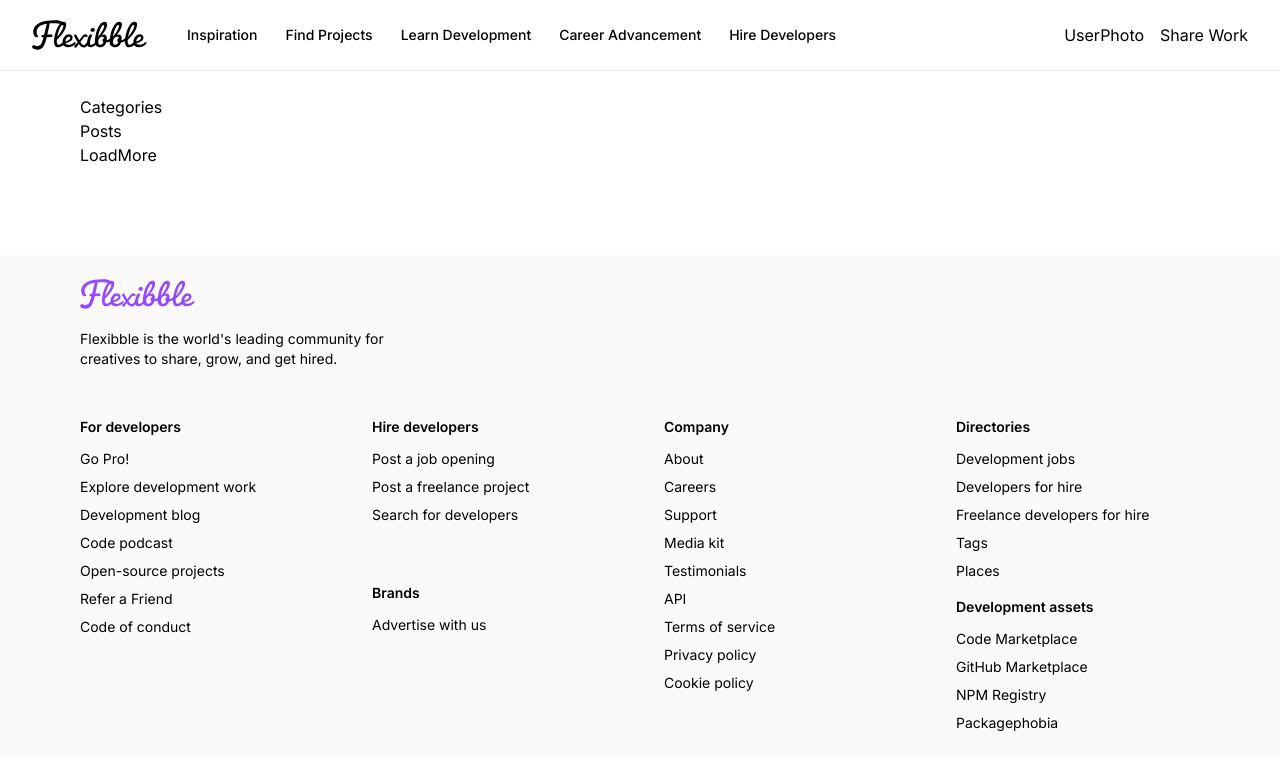
Repository: davedeguia/grafbase_flexibble
Page: /
These files come from the project's save history. The page is drawn as it stood at one moment and after the next save; the edit follows.
The browser window is 1280 px wide. The pictures show the whole page.
The project was rebuilt for these pictures with package versions that can differ from the ones it lists, and the page was loaded fresh each time. The framework's server and built-in components were replaced by stand-ins that run in the browser. Also part of the build but not shown: next.config.js, app/components/AuthProviders.tsx.

Above is the page before, as saved 2023-07-16 07:54:57.

### app/layout.tsx
import Footer from './components/Footer'
import Navbar from './components/Navbar'
import './globals.css'

export const metadata = {
  title: 'Flexibble',
  description: 'Showcase and discover remarkable developer projects',
}

export default function RootLayout({
  children,
}: {
  children: React.ReactNode
}) {
  return (
    <html lang='en'>
      <body>
        <Navbar />
        <main>{children}</main>
        <Footer />
      </body>
    </html>
  )
}

### app/page.tsx
const Home = () => {
  return (
    <section className='flex-start flex-col paddings mb-16'>
      <h1>Categories</h1>
      <h1>Posts</h1>
      <h1>LoadMore</h1>
    </section>
  )
}

export default Home

### app/components/Footer.tsx
import Image from 'next/image'
import React from 'react'
import { footerLinks } from '../constants'
import Link from 'next/link'

type ColumnProps = {
  title: string
  links: Array<string>
}

const FooterColumn = ({ title, links }: ColumnProps) => (
  <div className='footer_column'>
    <h4 className='font-semibold'>{title}</h4>
    <ul className='flex flex-col gap-2 font-normal'>
      {links.map((link) => (
        <Link href='/' key={link}>
          {link}
        </Link>
      ))}
    </ul>
  </div>
)

const Footer = () => {
  return (
    <footer className='flexStart footer'>
      <div className='flex flex-col gap-12 w-full'>
        <div className='flex items-start flex-col'>
          <Image
            src='/logo-purple.svg'
            width={115}
            height={38}
            alt='Flexible'
          />

          <p className='text-start text-sm font-normal mt-5 max-w-xs'>
            Flexibble is the world's leading community for creatives to share,
            grow, and get hired.
          </p>
        </div>
        <div className='flex flex-wrap gap-12'>
          <FooterColumn
            title={footerLinks[0].title}
            links={footerLinks[0].links}
          />

          <div className='flex-1 flex flex-col gap-4'>
            <FooterColumn
              title={footerLinks[1].title}
              links={footerLinks[1].links}
            />
            <FooterColumn
              title={footerLinks[2].title}
              links={footerLinks[2].links}
            />
          </div>
          <FooterColumn
            title={footerLinks[3].title}
            links={footerLinks[3].links}
          />
          <div className='flex-1 flex flex-col gap-4'>
            <FooterColumn
              title={footerLinks[4].title}
              links={footerLinks[4].links}
            />
            <FooterColumn
              title={footerLinks[5].title}
              links={footerLinks[5].links}
            />
          </div>
        </div>
      </div>
    </footer>
  )
}

export default Footer

### app/components/Navbar.tsx
import React from 'react'
import Link from 'next/link'
import Image from 'next/image'
import { NavLinks } from '../constants'
import AuthProviders from './AuthProviders'

const Navbar = () => {
  const session = {}
  return (
    <nav className='flexBetween navbar'>
      <div className='flex-1 flexStart gap-10'>
        <Link href='/'>
          <Image src='/logo.svg' width={115} height={43} alt='Flexible' />
        </Link>
        <ul className='xl:flex hidden text-small gap-7'>
          {NavLinks.map((link) => (
            <Link href={link.href} key={link.key}>
              {link.text}
            </Link>
          ))}
        </ul>
      </div>
      <div className='flexCenter gap-4'>
        {session ? (
          <>
            UserPhoto
            <Link href='/create-project'>Share Work</Link>
          </>
        ) : (
          <AuthProviders />
        )}
      </div>
    </nav>
  )
}

export default Navbar

### app/constants/index.tsx
export const NavLinks = [
  { href: '/', key: 'Inspiration', text: 'Inspiration' },
  { href: '/', key: 'Find Projects', text: 'Find Projects' },
  { href: '/', key: 'Learn Development', text: 'Learn Development' },
  { href: '/', key: 'Career Advancement', text: 'Career Advancement' },
  { href: '/', key: 'Hire Developers', text: 'Hire Developers' },
]

export const categoryFilters = [
  'Frontend',
  'Backend',
  'Full-Stack',
  'Mobile',
  'UI/UX',
  'Game Dev',
  'DevOps',
  'Data Science',
  'Machine Learning',
  'Cybersecurity',
  'Blockchain',
  'E-commerce',
  'Chatbots',
]

export const footerLinks = [
  {
    title: 'For developers',
    links: [
      'Go Pro!',
      'Explore development work',
      'Development blog',
      'Code podcast',
      'Open-source projects',
      'Refer a Friend',
      'Code of conduct',
    ],
  },
  {
    title: 'Hire developers',
    links: [
      'Post a job opening',
      'Post a freelance project',
      'Search for developers',
    ],
  },
  {
    title: 'Brands',
    links: ['Advertise with us'],
  },
  {
    title: 'Company',
    links: [
      'About',
      'Careers',
      'Support',
      'Media kit',
      'Testimonials',
      'API',
      'Terms of service',
      'Privacy policy',
      'Cookie policy',
    ],
  },
  {
    title: 'Directories',
    links: [
      'Development jobs',
      'Developers for hire',
      'Freelance developers for hire',
      'Tags',
      'Places',
    ],
  },
  {
    title: 'Development assets',
    links: [
      'Code Marketplace',
      'GitHub Marketplace',
      'NPM Registry',
      'Packagephobia',
    ],
  },
  {
    title: 'Development Resources',
    links: [
      'Freelancing',
      'Development Hiring',
      'Development Portfolio',
      'Development Education',
      'Creative Process',
      'Development Industry Trends',
    ],
  },
]

### tailwind.config.js
/** @type {import('tailwindcss').Config} */
module.exports = {
  content: [
    './pages/**/*.{js,ts,jsx,tsx,mdx}',
    './components/**/*.{js,ts,jsx,tsx,mdx}',
    './app/**/*.{js,ts,jsx,tsx,mdx}',
  ],
  theme: {
    extend: {
      colors: {
        'nav-border': '#EBEAEA',
        'light-white': '#FAFAFB',
        'light-white-100': '#F1F4F5',
        'light-white-200': '#d7d7d7',
        'light-white-300': '#F3F3F4',
        'light-white-400': '#E2E5F1',
        'light-white-500': '#E4E4E4',
        gray: '#4D4A4A',
        'gray-100': '#3d3d4e',
        'black-100': '#252525',
        'primary-purple': '#9747FF',
        'gray-50': '#D9D9D9',
      },
      boxShadow: {
        menu: '0px 159px 95px rgba(13,12,34,0.01), 0px 71px 71px rgba(13,12,34,0.02), 0px 18px 39px rgba(13,12,34,0.02), 0px 0px 0px rgba(13,12,34,0.02)',
      },
      screens: {
        xs: '400px',
      },
      maxWidth: {
        '10xl': '1680px',
      },
    },
  },
  plugins: [],
}

Loaded but not shown: app/globals.css (common file)

After the next save:
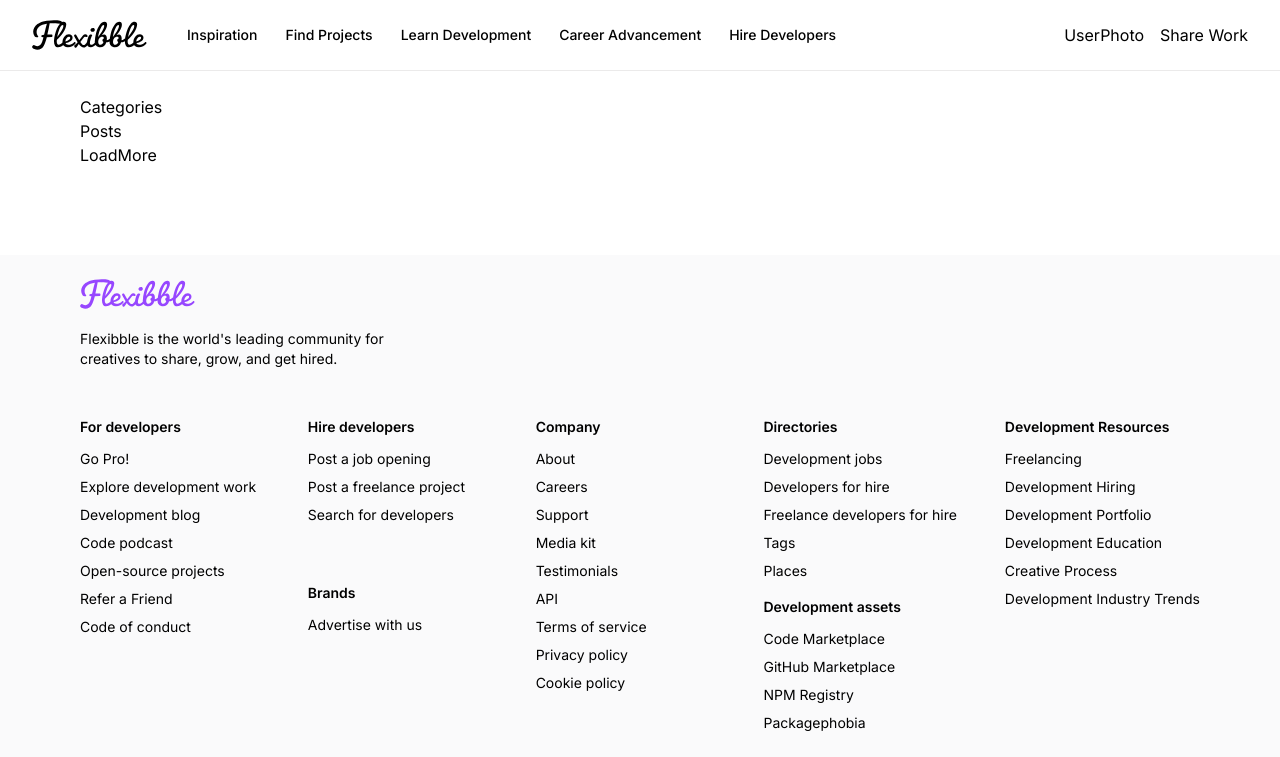
Saved 25 s later.
--- a/app/components/Footer.tsx
+++ b/app/components/Footer.tsx
@@ -68,6 +68,11 @@
               links={footerLinks[5].links}
             />
           </div>
+
+          <FooterColumn
+            title={footerLinks[6].title}
+            links={footerLinks[6].links}
+          />
         </div>
       </div>
     </footer>
